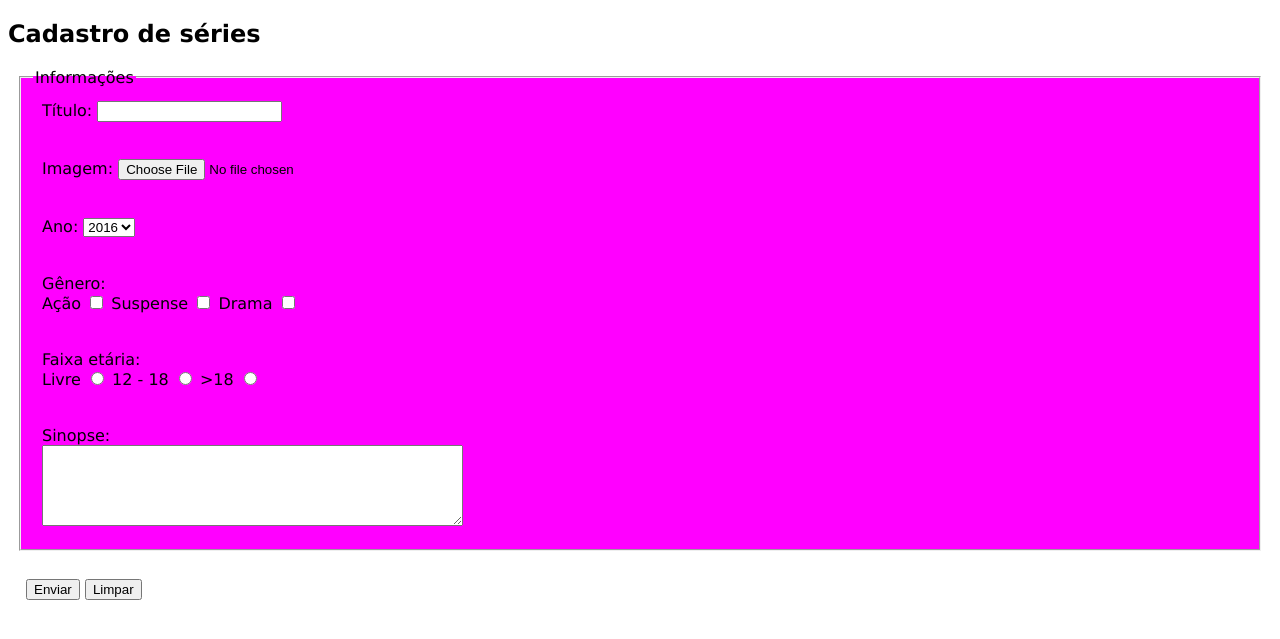
Repository: shamanickCoder/FIAP
Page: Desenvolvimentos de Sistemas Web/1 semestre/Javascript/CSS-AULAS/09-CSS/WebContent/cadastro.html
These files come from the project's save history. The page is drawn as it stood at one moment and after the next save; the edit follows.
The browser window is 1280 px wide. The pictures show the whole page.

Above is the page before, as saved 2016-03-30 11:51:56.

### Desenvolvimentos de Sistemas Web/1 semestre/Javascript/CSS-AULAS/09-CSS/WebContent/cadastro.html
<!DOCTYPE html>
<html>
<head>
<meta charset="UTF-8">
<link href = "estilo.css" type = "text/css" rel = "stylesheet">
<title>Cadastro de séries</title>
</head>
<body>
<h2>Cadastro de séries</h2>
<div class = "campo">
<form action = "cadastro" method = "post">
 <fieldset>
  <legend>Informações</legend>
  <div class = "campo">
   <label for = "titulo">Título:</label>
   <input type = "text" name = "titulo" id = "titulo">
  </div>
  <br>
  <div class = "campo">
   <label for = "imagem">Imagem:</label>
   <input type = "file" value = "Procurar" name = "imagem" id = "imagem">
  </div>
  <br>
  <div class = "campo">
   <label for = "ano">Ano:</label>
   <select name = "ano" id = "ano">
    <option>2016</option>
    <option>2015</option>
    <option>2014</option>
    <option>2013</option>
    <option>2012</option>
   </select>
  </div>
  <br>
  <div class = "campo">
   Gênero:
   <br>
   <label for = "acao">Ação</label> <input type = "checkbox" name = "acao" id = "acao">
   <label for = "suspense">Suspense</label> <input type = "checkbox" name = "suspense" id = "suspense">
   <label for = "drama">Drama</label> <input type = "checkbox" name = "drama" id = "drama">
  </div>
  <br>
  <div class = "campo">
   Faixa etária:
   <br>
   <label for = "livre">Livre</label> <input type = "radio" name = "faixa" id = "livre">
   <label for = "doze">12 - 18</label> <input type = "radio" name = "faixa" id = "doze">
   <label for = "dezoito">>18</label> <input type = "radio" name = "faixa" id = "dezoito">
  </div>
  <br>
  <div class = "campo">
   <label for = "sinopse">Sinopse:</label>
   <br>
   <textarea rows = "5" cols = "50" id = "sinopse" name = "sinopse"></textarea>
  </div>
 </fieldset>
 <br>
 <div class = "campo">
  <input type = "submit" value = "Enviar">
  <input type = "reset" value = "Limpar">
 </div>
</form>
</div>
</body>
</html>

### Desenvolvimentos de Sistemas Web/1 semestre/Javascript/CSS-AULAS/09-CSS/WebContent/estilo.css
body {
	font-family: Verdana, Sans-serif;
}
.campo {
	margin: 9px;
}
fieldset {
	background-color: fuchsia;
	width: 80% /*largura*/
	margin: auto; /*centralizar*/
}

After the next save:
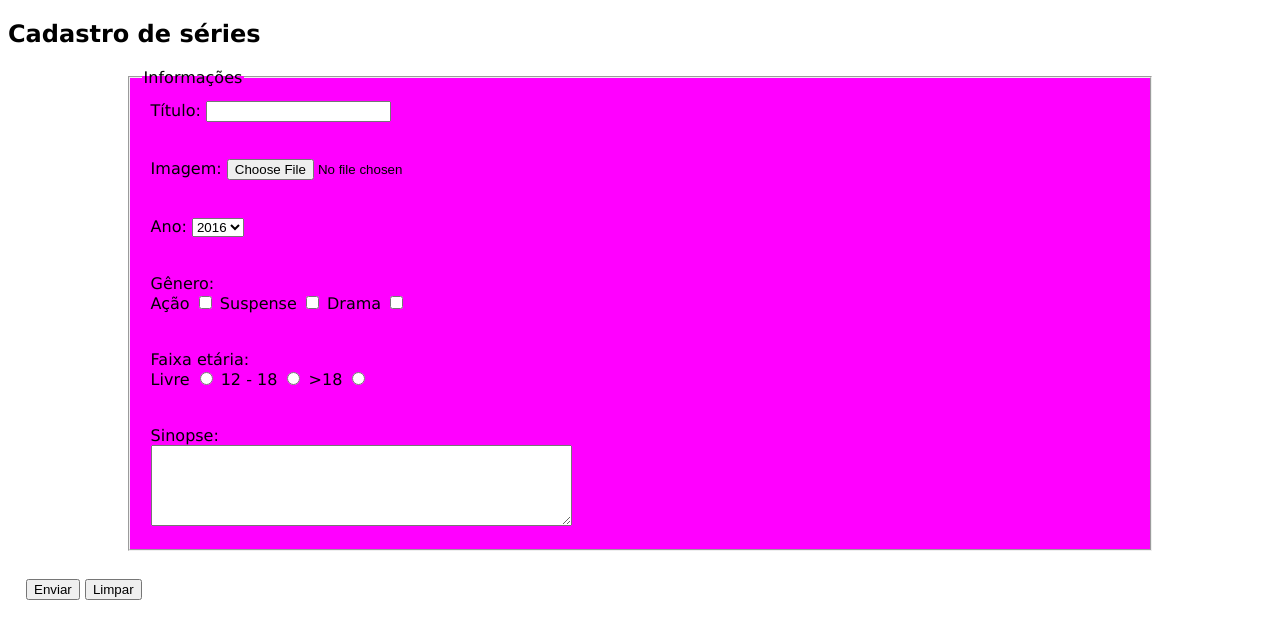
Saved 16 s later.
--- a/Desenvolvimentos de Sistemas Web/1 semestre/Javascript/CSS-AULAS/09-CSS/WebContent/estilo.css
+++ b/Desenvolvimentos de Sistemas Web/1 semestre/Javascript/CSS-AULAS/09-CSS/WebContent/estilo.css
@@ -6,6 +6,6 @@ body {
 }
 fieldset {
 	background-color: fuchsia;
-	width: 80% /*largura*/
+	width: 80%; /*largura*/
 	margin: auto; /*centralizar*/
 }
